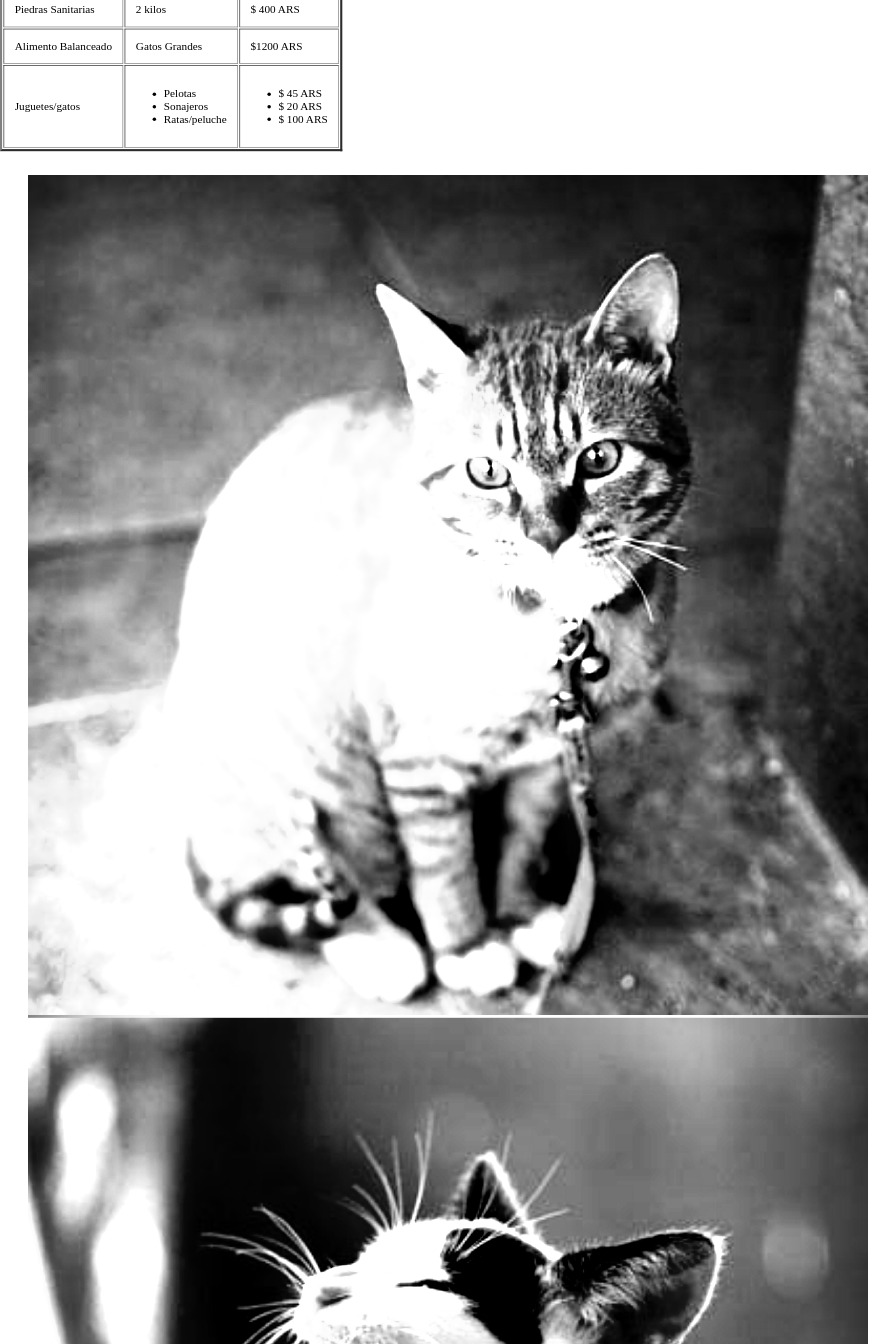
Repository: raul4264/final
Page: Services.html
The author's editor kept a copy of each file at every save. The page is drawn from the files as they stood at one save, then again after the next save.
The browser window is 1280 px wide. The pictures show the part of the page from y = 340 to 2260 px (the page is 3118 px tall before and 1114 px after), at 70% of full size.

Above is the page before, as saved 2021-03-25 14:30:10.

After the next save:
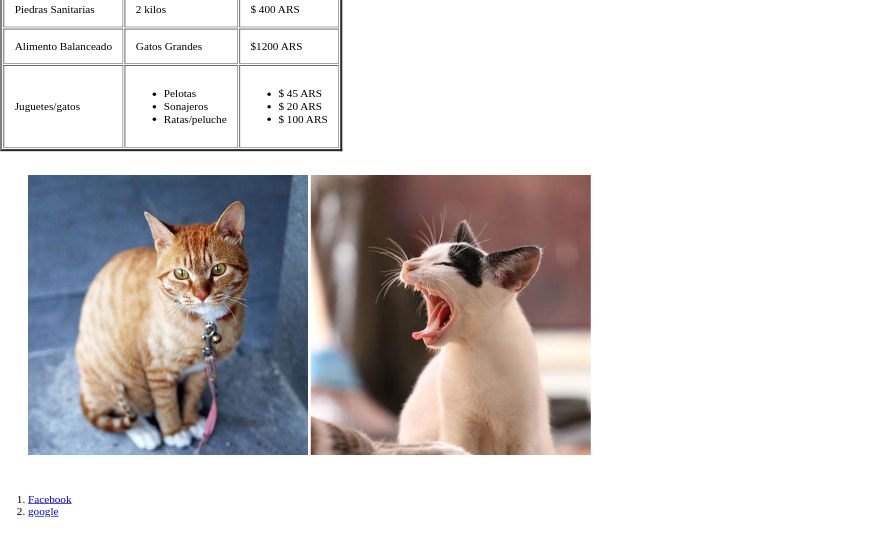
Saved 13 s later.
--- a/css/services.css
+++ b/css/services.css
@@ -7,8 +7,7 @@
 }
 
 img{
-    filter: contrast(1.8) brightness(1.5) grayscale(1)
-}
+
 
 figure {
     position: relative;

After the save that followed:
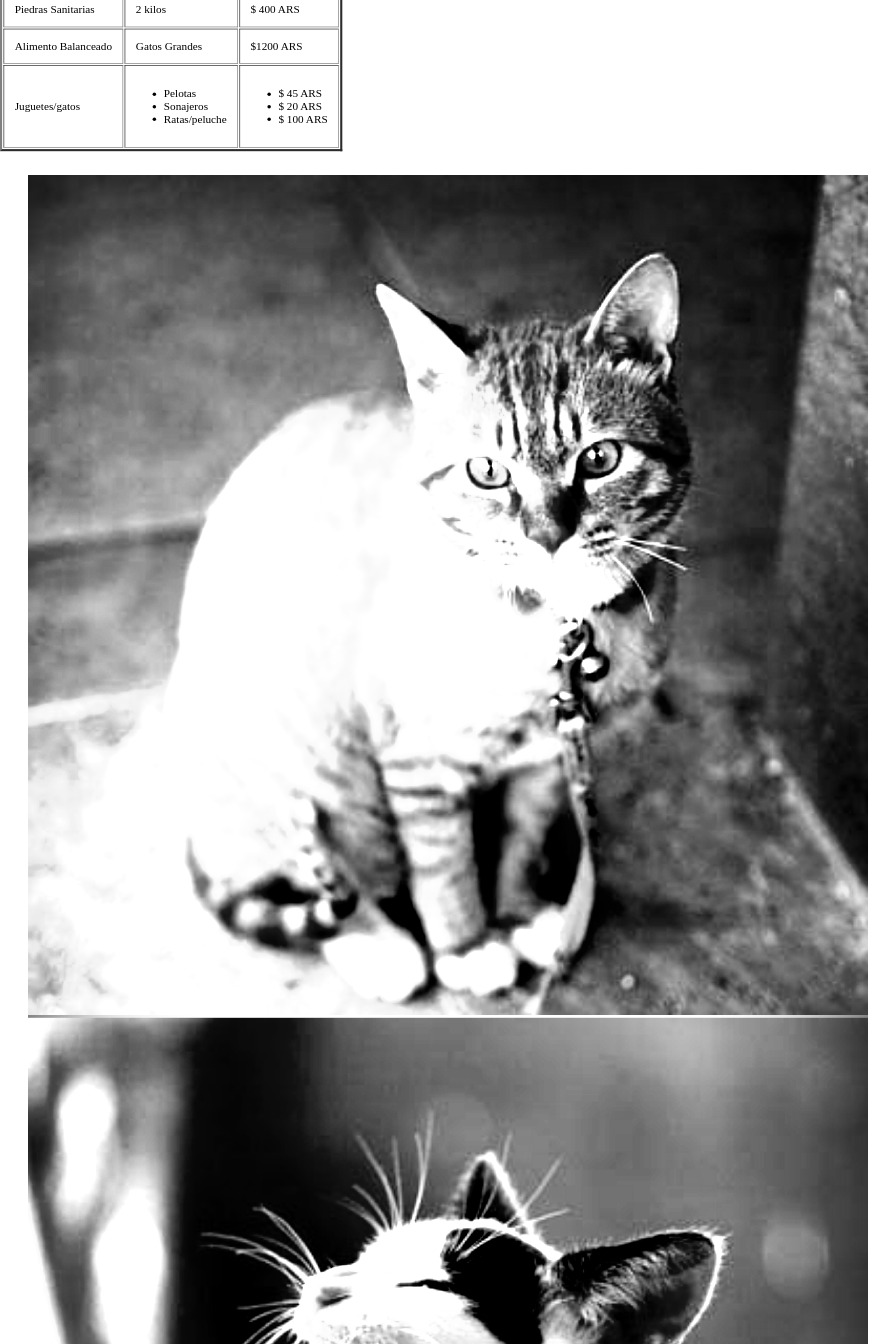
Saved 5 s later.
--- a/css/services.css
+++ b/css/services.css
@@ -7,7 +7,8 @@
 }
 
 img{
-
+    filter: contrast(1.8) brightness(1.5) grayscale(1)
+}
 
 figure {
     position: relative;
